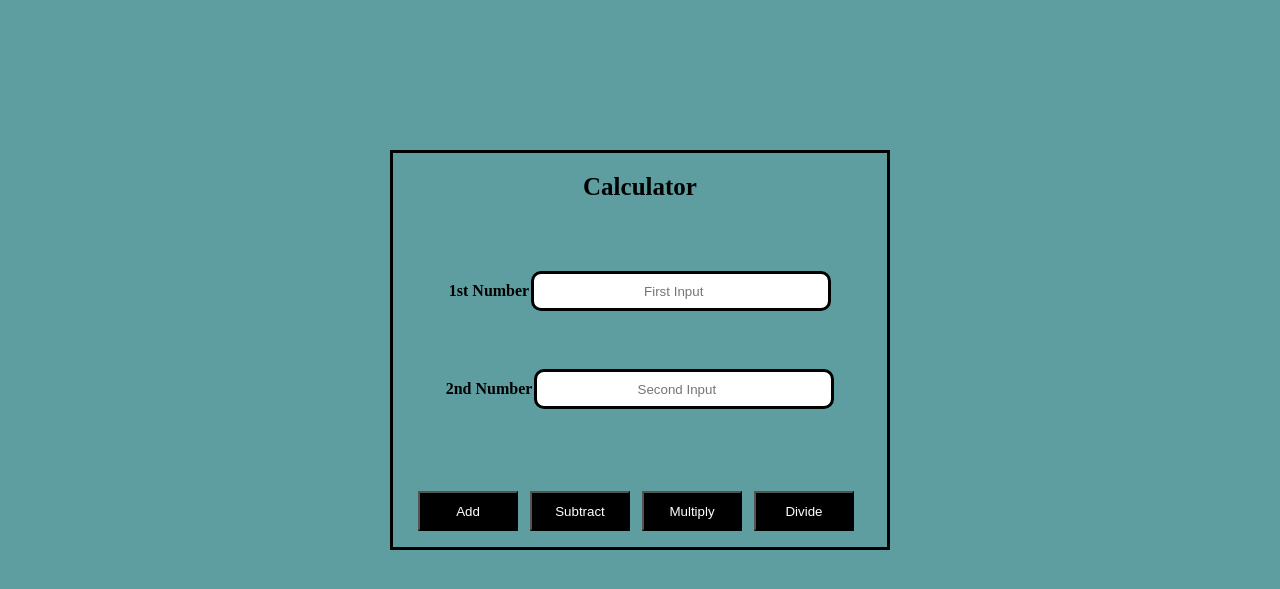
Repository: Shreyash1107/Intern_Projects
Page: Calculator/src/main/webapp/Calculator.html
These files come from the project's save history. The page is drawn as it stood at one moment and after the next save; the edit follows.
The browser window is 1280 px wide. The pictures show the whole page.

Above is the page before, as saved 2024-07-03 11:22:03.

After the next save:
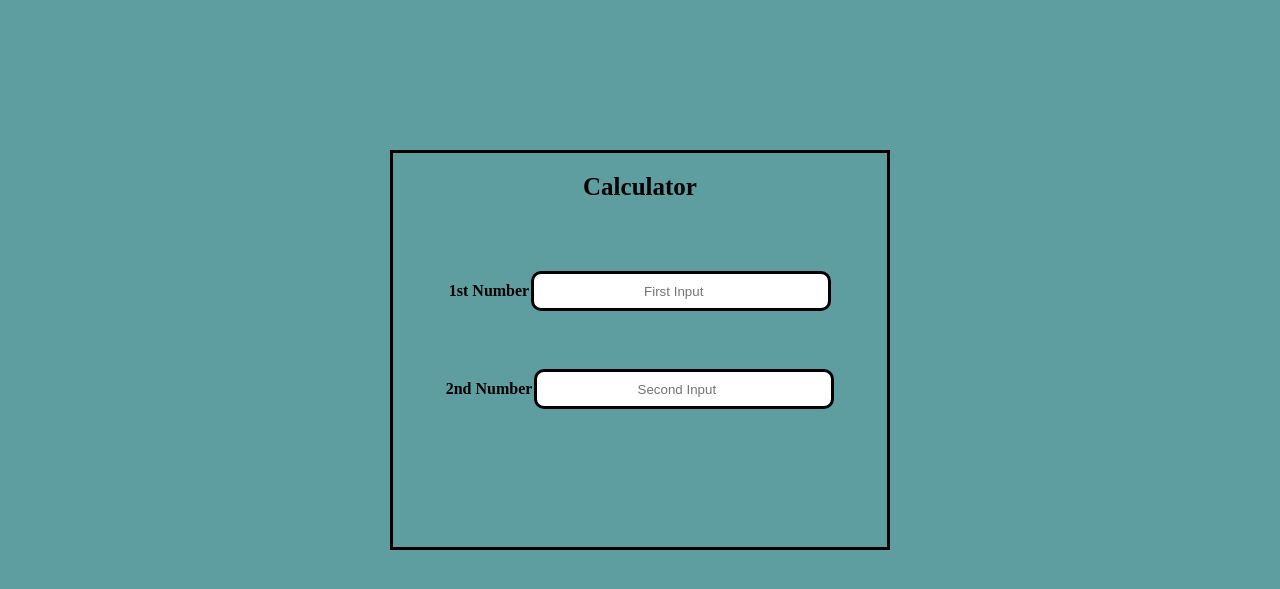
Saved 108 s later.
--- a/Calculator/src/main/webapp/Calculator.html
+++ b/Calculator/src/main/webapp/Calculator.html
@@ -25,10 +25,7 @@
 					</tr>
 					</table>
 					<div class="Result">
-					<input type="submit" name="a" value="Add" autocomplete="off">&nbsp;&nbsp;
-					<input type="submit" name="b" value="Subtract" autocomplete="off">&nbsp;&nbsp;
-					<input type="submit" name="c" value="Multiply" autocomplete="off">&nbsp;&nbsp;
-					<input type="submit" name="d" value="Divide" autocomplete="off">&nbsp;&nbsp;
+
 					</div>
 			</div>
 		</div>
